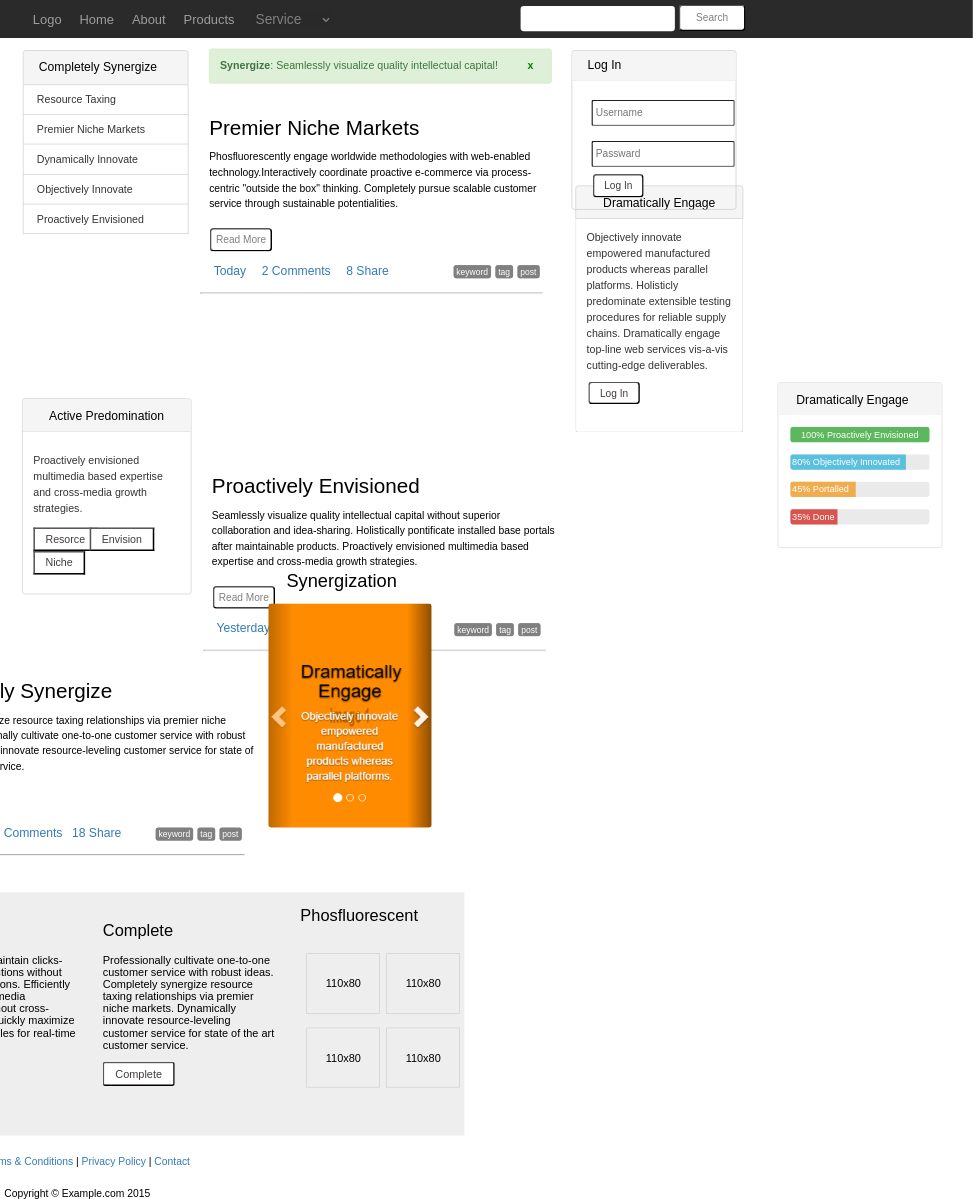
Repository: Hasnainkhankqs/Templete-assigment
Page: Index.html
These files come from the project's save history. The page is drawn as it stood at one moment and after the next save; the edit follows.
The browser window is 1280 px wide. The pictures show the whole page, at 76% of full size.

Above is the page before, as saved 2016-08-06 18:24:55.

### Index.html
<!DOCTYPE html>
<html lang="en">
<head>
    <meta charset="UTF-8">
    <link rel="stylesheet" href="./Stylesheet/Style.css">
    <title>Template Assigment</title>
</head>
<body>
    <header>
        <nav>
            <span class="navigation">
                <ul class="ul-inline">
                    <li><span class="nav-li"><a href="#" >Logo</a></li></span>
                    <li><span class="nav-li"><a href="#">Home</a></li></span>
                    <li><span class="nav-li"><a href="#">About</a></li></span>
                    <li><span class="nav-li"><a href="#">Products</a></li></span>
                    <li><span class="nav-li">
                       <select name="service" id="" class="select">
                           <option value="Engage" class="option">Engage</option>
                           <option value="Pontificate" class="option">Pontificate</option>
                           <option value="Synergize" class="option" selected="selected">Service</option>
                       </select>
                        </span>
                     </li>
                     <li>
                        <span class="nav-right">
                          <input type="search" class="input">
                           <input type="button" value="Search" class="input-button but">
                        </span>
                   </li>
                </ul>
            </span>
        </nav>
    </header>
    <!--navigation bar completed-->
<div class="left-area-1">
        <ul class="left-area-ul">
            <li class="gray-list-item">Completely Synergize</li>
            <li>Resource Taxing</li>
            <li>Premier Niche Markets</li>
            <li>Dynamically Innovate</li>
            <li>Objectively Innovate</li>
            <li>Proactively Envisioned</li>
         </ul>
<!--left area-1 completed-->
<div class="central-area-1">
        <div class="green-bar">
            <b>Synergize</b>: Seamlessly visualize quality intellectual capital! <span class="x"><a href="#" >x</a></span>
        </div>
        <div class="para-1"><h1>Premier Niche Markets</h1>
       <p>Phosfluorescently engage worldwide methodologies
            with web-enabled technology.Interactively
             coordinate proactive e-commerce via process-
             centric "outside the box" thinking. Completely
             pursue scalable customer service through
             sustainable potentialities.</p>
        </div>
        <div class="button">
    <input type="button" value="Read More" class="para-button but">
        </div>
        <div class="but-link">
            <ul class="comment-share">
            <li class="comments"><a href="#">Today</a></li>
            <li class="comments"><a href="#">2 Comments</a></li>
            <li class="comments"><a href="#">8 Share</a></li>
            <li></li>
            <li></li>
            <li></li><li></li>
            <li class="tag">keyword</li>
            <li class="tag">tag</li>
            <li class="tag">post</li>
            </ul>
        </div>
        <hr />
</div>
<!--central area-1 completed-->
<div class="login-box">
    <div class="login">Log In</div>
    <form action="#" class="form">
        <input type="text" placeholder="Username" class="input-2"><br />
        <input type="text" placeholder="Passward" class="input-2"><br />
        <input type="button" value="Log In" class="ligin-button but">
    </form>
</div>
<!--right area completed-->
<div class="sec-left">
    <div class="dramatically"> Dramatically Engage </div>
    <div class="div-para">Objectively innovate
         empowered manufactured
         products whereas parallel
          platforms. Holisticly
          predominate extensible
         testing procedures for
         reliable supply chains.
         Dramatically engage top-line
         web services vis-a-vis
         cutting-edge deliverables.
         <div class="third-button"><input type="button" value="Log In" class="ligin-button but"></div>
</div>
</div>
<!--second left area completed-->
<div class="central-area-2">

      <div class="para-2"><h1>Proactively Envisioned</h1>
       <p>Seamlessly visualize quality intellectual
            capital without superior collaboration
            and idea-sharing. Holistically pontificate
            installed base portals after maintainable products.
             Proactively envisioned multimedia based expertise
              and cross-media growth strategies. </p>
        </div>
        <div class="button-4">
    <input type="button" value="Read More" class="para-button-2 but">
        </div>
        <div class="but-link-2">
            <ul class="comment-share-2">
            <li class="comments"><a href="#">Yesterday</a></li>
            <li class="comments"><a href="#">21 Comments</a></li>
            <li class="comments"><a href="#">36 Share</a></li>
            <li></li>
            <li></li>
            <li></li><li></li><li></li>
            <li class="tag-2">keyword</li>
            <li class="tag-2">tag</li>
            <li class="tag-2">post</li>
            </ul>
        </div>
        <hr />
</div>
<!--second central area completed-->
<div class="second-right">
    <div class="Dramatically">Dramatically Engage</div>
    <div class="blank"><div class="green"><div>100% Proactively Envisioned</div></div></div>
    <div class="blank"><div class="blue"><div>80% Objectively Innovated</div></div></div>
    <div class="blank"><div class="orange"><div>45% Portalled</div></div></div>
    <div class="blank"><div class="red"><div>35% Done</div></div></div>
</div>
    <!--second-right area completed-->
    <div class="third-div">
    <div class=" Active-Predomination">Active Predomination </div>
    <div class="div-para-3"><p>Proactively envisioned multimedia
         based expertise and cross-media growth strategies.</p>
         <input type="button" value="Resorce" class="third-buttons but">
         <input type="button" value="Envision" class="third-buttons marginleft-button but">
         <input type="button" value="Niche" class="third-buttons but" >
</div>
    </div>

<!--Third right area completed-->
<div class="central-area-3">

      <div class="para-3"><h1>Completely Synergize</h1>
       <p>Completely synergize resource taxing
           relationships via premier niche markets.
            Professionally cultivate one-to-one customer
            service with robust ideas. Dynamically
             innovate resource-leveling customer service
              for state of the art customer service. </p>
        </div>
        <div class="button-8">
    <input type="button" value="Read More" class="para-button-8 but">
        </div>
        <div class="but-link-3">
            <ul class="comment-share-3">
            <li class="comments"><a href="#">2 Days ago </a></li>
            <li class="comments"><a href="#">12 Comments</a></li>
            <li class="comments"><a href="#">18 Share</a></li>
            <li></li>
            <li></li><li></li><li></li>
            <li class="tag-3">keyword</li>
            <li class="tag-3">tag</li>
            <li class="tag-3">post</li>
            </ul>
        </div>
        <hr />
        <!--Third central area completed-->
        <span class="img">
        <h1 class="h1"> Synergization</h1>
        <img src="./pic.png" alt="img" width="215em" height="295em" class="img-radius">
        </span>
        <!--Third right area completed-->
        <div class="secondlast">
        <span class="span-1"><h2><k><j>T</j><m>T</m></k> Dynamic</h2>
        <p>Collaboratively administrate
             empowered markets via plug-and-play
             networks. Dynamically procrastinate
             B2C users after installed base benefits.
              Dramatically visualize customer directed
              convergence without revolutionary ROI.</p>
              <input type="button" value="Procrastinate" class="thirdlast but">
        </span>
        <span class="span-2"><h2> Efficient</h2>
        <p>Dramatically maintain
            clicks-and-mortar solutions
             without functional solutions.
              Efficiently unleash cross-media
              information without cross-media
              value. Quickly maximize timely
               deliverables for real-time
                schemas.</p>

                <input type="button" value="Unlesh" class="thirdlast but">
        </span>
        <span class="span-3"><h2>Complete</h2>
        <p>Professionally cultivate
             one-to-one customer service
             with robust ideas. Completely
              synergize resource taxing
               relationships via premier
               niche markets. Dynamically
               innovate resource-leveling
                customer service for state
                of the art customer service.</p>
            <input type="button" value="Complete" class="thirdlast but ">

                </span>
        <span class="span-4"><h2>Phosfluorescent</h2>
        <table>
            <tr>
                <td>110x80</td>
                <td>110x80</td>
            </tr>
            <tr>
                <td>110x80</td>
                <td>110x80</td>
            </tr>
        </table>
        </span>
        </div>
        <!--Third area completed-->
        <div class="margin-top">
            <span ><a href="#" class="footer">Terms & Conditions </a></span>|
            <span> <a href="#" class="footer">Privacy Policy </a></span>|
            <span><a href="#" class="footer">Contact </a></span>
        <div>
            <div class="Copyright">Copyright © Example.com 2015</div>
            <!--Completed-->
</body>
</html>

Loaded but not shown: Stylesheet/Style.css (602 lines, source omitted)

After the next save:
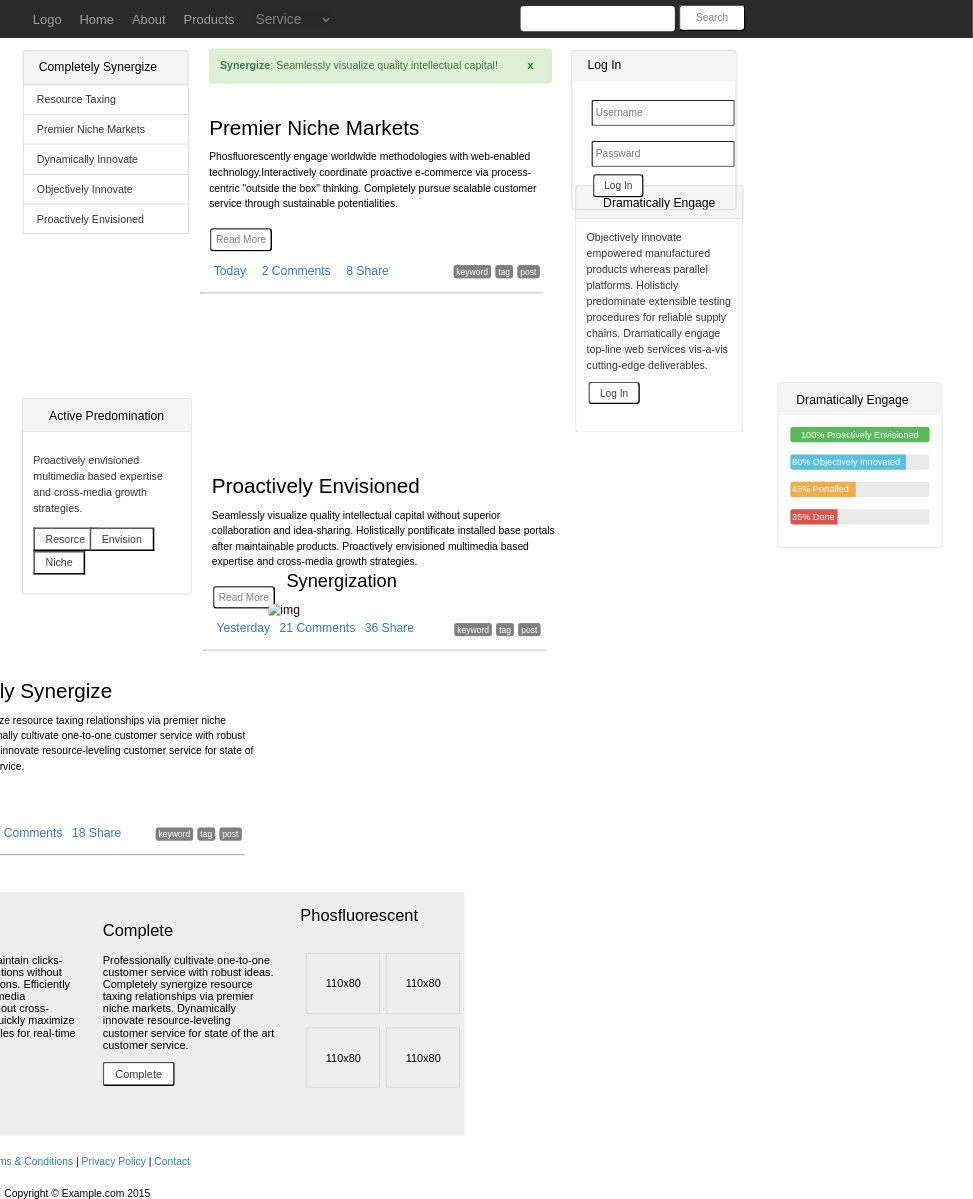
Not found: .images/pic.png
Saved 30 s later.
--- a/Index.html
+++ b/Index.html
@@ -176,7 +176,7 @@
         <!--Third central area completed-->
         <span class="img">
         <h1 class="h1"> Synergization</h1>
-        <img src="./pic.png" alt="img" width="215em" height="295em" class="img-radius">
+        <img src=".images/pic.png" alt="img" width="215em" height="295em" class="img-radius">
         </span>
         <!--Third right area completed-->
         <div class="secondlast">

After the save that followed:
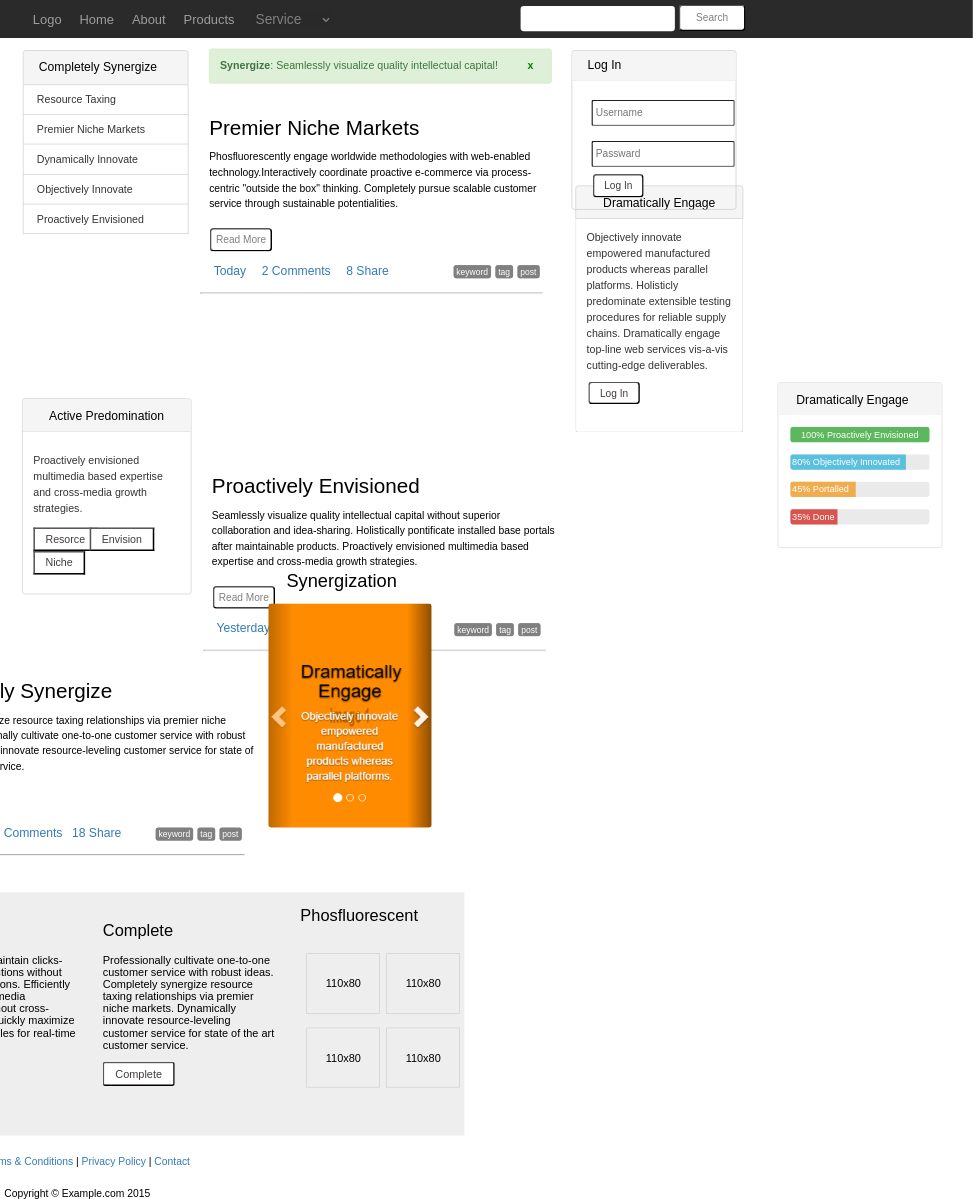
Saved 4 s later.
--- a/Index.html
+++ b/Index.html
@@ -176,7 +176,7 @@
         <!--Third central area completed-->
         <span class="img">
         <h1 class="h1"> Synergization</h1>
-        <img src=".images/pic.png" alt="img" width="215em" height="295em" class="img-radius">
+        <img src="./images/pic.png" alt="img" width="215em" height="295em" class="img-radius">
         </span>
         <!--Third right area completed-->
         <div class="secondlast">
